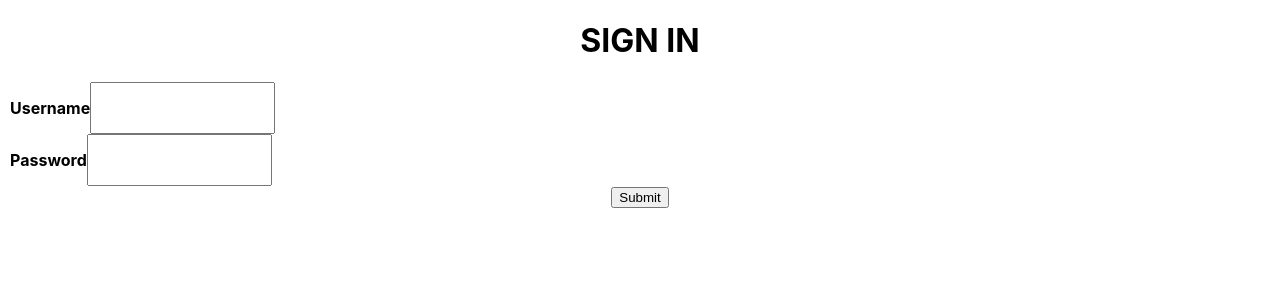
Repository: PreetiToppo/networking
Page: /
These files come from the project's save history. The page is drawn as it stood at one moment and after the next save; the edit follows.
The browser window is 1280 px wide. The pictures show the whole page.
The project was rebuilt for these pictures with package versions that can differ from the ones it lists, and the page was loaded fresh each time.

Above is the page before, as saved 2023-01-21 19:42:46.

### src/index.js
import React from 'react';
import ReactDOM from 'react-dom/client';
import './index.css';
import App from './App';
import reportWebVitals from './reportWebVitals';

const root = ReactDOM.createRoot(document.getElementById('root'));
root.render(
  <React.StrictMode>
   <App />
  </React.StrictMode>
);

// If you want to start measuring performance in your app, pass a function
// to log results (for example: reportWebVitals(console.log))
// or send to an analytics endpoint. Learn more: https://bit.ly/CRA-vitals
reportWebVitals();

### src/App.js
import "./App.css"
import React,{useState} from 'react';

function App() {
const [data,setData] = useState({
  username:"",
  password:""
})

const {username,password} = data;

const changeHandler = e => {
  setData({...data,[e.target.name]:[e.target.value]});
}

const submitHandler = e => {
  e.preventDefault();
  console.log(data);
}
  return (
    <div>
      <center>
      <h1>SIGN IN</h1>
      <form onSubmit={submitHandler}>
      <div className="name">
        <p>Username</p>
        <input type="text" name="username" value={username} onChange={changeHandler}/><br/>
      </div>
      <div className="pass">
        <p>Password</p>
        <input type="password" name="password" value={password} onChange={changeHandler}/><br/>
      </div>
      <input className="button" type="submit" name="submit"/>
      </form>
      </center>
    </div>

  );
}

export default App;

### src/App.css
.App{
  background-color: aquamarine;
}
.name {
  display: flex;
  margin-left: 10px;
}

.pass {
  display: flex;
  margin-left: 10px;
}

p{
  font-weight: bold;
}

Loaded but not shown: public/index.html (common file); src/index.css (common file); src/reportWebVitals.js (common file)

After the next save:
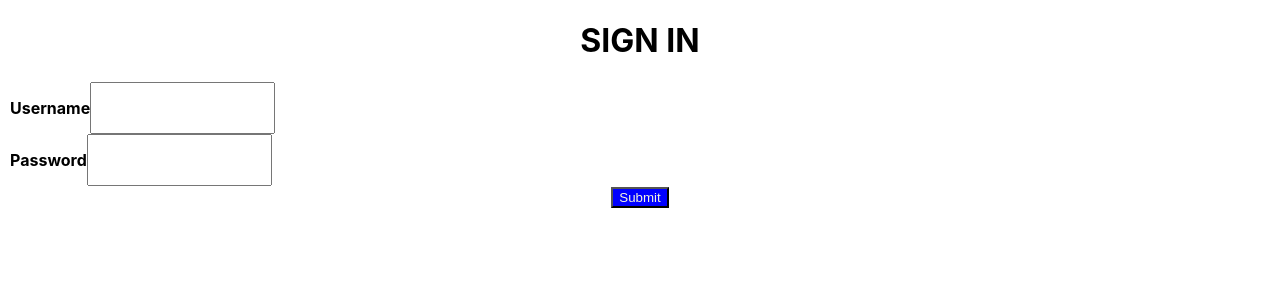
Saved 48 s later.
--- a/src/App.css
+++ b/src/App.css
@@ -14,3 +14,8 @@
 p{
   font-weight: bold;
 }
+
+.button{
+  color: beige;
+  background-color: blue;
+}
